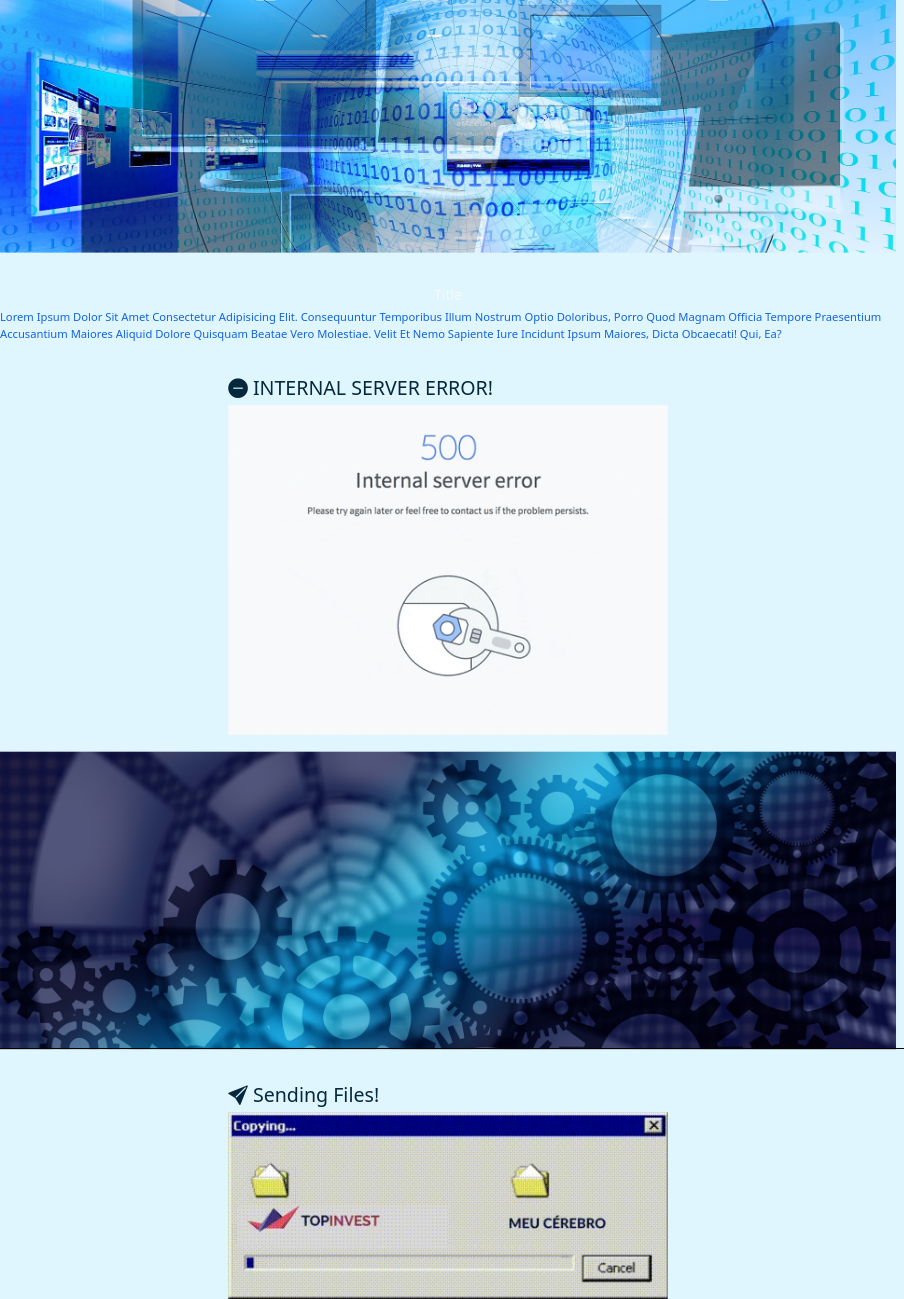
Repository: initer3737/initer3737.github.io
Page: index.html
An editor plug-in stored every save of this project. The page is shown before and after a run of saves, followed by the edit.
The browser window is 1280 px wide. The page is 1292 px wide, so the pictures cover 1292 px, including what lies to the right of the window. The pictures show the part of the page from y = 1407 to 3287 px (the page is 3263 px tall before and 3287 px after), at 70% of full size.
Some web libraries are served in a nearby version.

Above is the page before, as saved 2022-06-12 17:02:46.
Console error: TypeError: Cannot set properties of null (setting 'innerHTML')

### index.html
<!DOCTYPE html>
<html lang="en">
<head>
    <meta charset="UTF-8">
    <meta http-equiv="X-UA-Compatible" content="IE=edge">
    <meta name="viewport" content="width=device-width, initial-scale=1.0">
    <title>puthut wahyu aji</title>
    <link href="https://cdn.jsdelivr.net/npm/bootstrap@5.0.2/dist/css/bootstrap.min.css" rel="stylesheet" integrity="sha384-EVSTQN3/azprG1Anm3QDgpJLIm9Nao0Yz1ztcQTwFspd3yD65VohhpuuCOmLASjC" crossorigin="anonymous">
    <script src="https://kit.fontawesome.com/7bb1ae10af.js" crossorigin="anonymous"></script>
<!-- bootstrap icon -->
<link rel="stylesheet" href="https://cdn.jsdelivr.net/npm/bootstrap-icons@1.8.3/font/bootstrap-icons.css">

    <link rel="stylesheet" href="css/style.css">
</head>
<body class="bg-1">
    <header class=" bg-1">
         <img src="img/banner-982162_1920.jpg" alt="" class="img-fluid w-100" srcset="">
    </header>
    <div class="container bg-light shadow rounded  d-flex flex-column gap-4 justify-content-center align-content-center align-items-center p-2">
        <div class="row d-flex align-content-center align-items-center">
            <div class="col-12">
               <div class="bg-primary text-capitalize d-flex justify-content-start">
                <p id="fulldate" class="h4 text-light p-2"></p>
               </div>
            </div>
            <div class="col-10 col-md-5 col-lg-4">
               <div class="card shadow m-2 p-1 position-relative">
                <video src="img/Earth - 4788.mp4" loop muted autoplay class="w-100 rounded-pill py-5 px-2"></video>
                <div class="filter2"></div>
               </div>
            </div>
            <div class="col-10 col-md-9 col-lg-8">
               <h5 class="text-capitalize"><i class="bi bi-medium"></i> social media.</h5>
               <div class="d-flex flex-row align-content-center align-items-center gap-3">
                <div class="d-flex flex-column fs-4">
                    <a href="https://www.instagram.com/puthutwahyuaji/" target="_blank" class="text-capitalize"><i class="fa-brands fa-instagram"></i> instagram</a>
                    <!-- <a href="https://www.facebook.com/puthut.wahyuaji.94/" target="_blank" class="text-capitalize"><i class="fa-brands fa-facebook"></i> facebook</a>
                    <a href="https://twitter.com/puthut_wahkyu" target="_blank" class="text-capitalize"><i class="fa-brands fa-twitter"></i> twitter</a> -->
                    <!-- <a href="https://www.sololearn.com/profile/22926925" target="_blank" class="text-capitalize"><i class="fa-solid fa-globe"></i> sololearn</a> -->
                    <!-- <a href="https://www.duolingo.com/profile/PUTHUTWAHY" target="_blank" class="text-capitalize"><i class="fa-solid fa-globe"></i> duolingo</a> -->
                    <a href="https://github.com/initer3737" target="_blank" class="text-capitalize"><i class="fa-brands fa-github"></i> github</a>
                </div>
                <div class=""><a href="game.html" class="btn btn-outline-primary rounded-pill px-5 py-2"><i class="bi bi-controller"></i> Game</a></div>
            </div>
            </div>
        </div>
    </div>
    <!-- https://www.fiverr.com/share/lYqN8j -->
    <div class="container bg-light shadow mt-5 d-flex flex-column gap-1 justify-content-center align-content-center align-items-center p-2">
        <h5><i class="fa-solid fa-briefcase"></i> framework.</h5>
            <h3><i class="fa-brands fa-laravel text-danger"></i> laravel</h3>
            <h3><i class="fa-brands fa-bootstrap text-primary"></i> bootstrap 5</h3>
        </div>
    </div>

    <div class="container bg-light shadow mt-5 d-flex flex-column  justify-content-center align-content-center align-items-center p-2">
        <h5><i class="bi bi-code-slash"></i> language.</h5>
            <h3><i class="fa-brands fa-php php"></i> php</h3>
            <h3><i class="fa-brands fa-js-square javascript"></i> javascript</h3>
            <h3><i class="fa-solid fa-database mysql"></i> mysql</h3>
            <h3><i class="fa-brands fa-html5 html"></i> html 5</h3>
            <h3><i class="fa-brands fa-css3-alt css"></i> css</h3>
        </div>

        <!-- <div class="container bg-light shadow mt-5 d-flex flex-column  justify-content-center align-content-center align-items-center p-2">
            <h5 class="capitalize">Hire me on.</h5>
            <div class="d-flex flex-column fs-4">
                <a href="https://www.upwork.com/workwith/puthutwahyuaji" target="_blank"><i class="fa-solid fa-briefcase"></i> upwork.com</a>
                <a href="https://www.fiverr.com/share/lYqN8j" target="_blank"><i class="fa-solid fa-briefcase"></i> fiver.com</a>
            </div>
            </div> -->

    </div>

    <div class="container bg-light shadow mt-5 d-flex flex-column gap-1 justify-content-center align-content-center align-items-center p-2">
        <h5><i class="bi bi-info-circle"></i> information.</h5>
        <div class="fs-4 d-flex gap-3">
            <a href="https://initer3737.github.io/course/html/pages/course.html" target="_blank"><i class="fa-solid fa-globe"></i> website</a>
            <a href="https://www.youtube.com/channel/UClsfa0LkA3_YMsFjW1M__sw" target="_blank"><i class="fa-brands fa-youtube"></i> youtube</a>
        </div>
    </div>

    <footer class="mt-3 text-light">
       <div class="row">
        <div class="col-12">
            <img src="img/banner-909710_1920.jpg" class="img-fluid w-100" alt="">
           </div>
           <div class="col-12 mt-5 m-auto">
             <div class="text-center"><h5>title</h5></div>
             <div class="text-start color-3">
                Lorem ipsum dolor sit amet consectetur adipisicing elit. Consequuntur temporibus illum nostrum optio doloribus, porro quod magnam officia tempore praesentium accusantium maiores aliquid dolore quisquam beatae vero molestiae. Velit et nemo sapiente iure incidunt ipsum maiores, dicta obcaecati! Qui, ea?
             </div>
           </div>
           <div class="col-6 mt-5 m-auto">
            <div class="d-flex flex-row flex-wrap">
                <h3 class="color-4"><i class="bi bi-dash-circle-fill"></i> INTERNAL SERVER ERROR!</h3>
                <img src="img/giphy.gif" class="img-fluid w-100" alt="">
            </div>
           </div>
           <div class="col-12 mt-4">
            <img src="img/gears-1311171_1920.jpg" class="img-fluid w-100" alt="">
           </div>
           <div class="col-6 mt-5 m-auto">
            <div class="d-flex flex-row flex-wrap">
                <h3 class="color-4"><i class="bi bi-send-fill"></i> sending files!</h3>
                <img src="img/giphy (1).gif" class="img-fluid w-100" alt="">
            </div>
           </div>
       </div>
    </footer>
    <script src="https://cdn.jsdelivr.net/npm/bootstrap@5.0.2/dist/js/bootstrap.bundle.min.js" integrity="sha384-MrcW6ZMFYlzcLA8Nl+NtUVF0sA7MsXsP1UyJoMp4YLEuNSfAP+JcXn/tWtIaxVXM" crossorigin="anonymous"></script>
</body>
</html>

<script>
    function Years() {
        $date=new Date();
        let t=document.getElementById('year');
        t.innerHTML=`${$date.getFullYear()} - ${$date.getFullYear()+5}`;
    }
    function Jam(){
        let T=document.getElementById('jam');
        let time=new Date();let hour;let minuets;let second;let statusTime;
        hour=validateTime(time.getHours());minuets=validateTime(time.getMinutes());second=validateTime(time.getSeconds());statusTime=()=>{
            if(hour > 00 &&hour < 11 ){
                status="pagi";
            }else if(hour >11 && hour < 15){
                status="siang";
            }else if(hour > 15 && hour < 18 ){
                status="sore";
            }else{
                status="malam";
            }

            return status;
        };
        T.innerHTML=`${hour}:${minuets}:${second} : ${statusTime()}`;
        setTimeout('Jam()',1000);
    }
    function Tanggal(){
        let t=document.getElementById("fulldate");
        let time=new Date();
        let hari;let bulan;let tanggal;let tahun;let hariAngka=time.getDate();
        tahun=time.getFullYear();bulan=time.getMonth();hari=time.getDay();
        let data={
            hari:["minggu","senin","selasa","rabu","kamis","jum'at","sabtu"],
            bulan:["januari","february","maret","april","mei","juni","juli","agustus","september","oktober","november","desember"]
        };
         t.innerHTML=`${data.hari[hari]}  ${hariAngka}  ${data.bulan[bulan]}  ${tahun}`;
    }
    const validateTime=(T)=>T<10 ?'0'+T:T;

    const initialize=()=>{
                Tanggal();
                Years();
                Jam();
            }

            initialize();
</script>

### css/style.css
*{
    text-transform: capitalize;
   cursor: url(https://ani.cursors-4u.net/cursors/cur-13/cur1162.ani), url(https://ani.cursors-4u.net/cursors/cur-13/cur1162.png), auto !important;
}
body{
    cursor: url('img/cursor.jpeg'),auto;
    /* background-color: #ddd; */
}
a:hover{
    transition:ease-in-out 0.5s;
    color: blueviolet;
    text-decoration: none;
}
.css{
    color: dodgerblue;
    background-color:white ;
}
.html{
    color: orange;
    background-color: white;
}
.mysql{
    background-color:white ;
    color: blue;
}
.javascript{
    background-color:rgb(51, 51, 9) ;
    color: yellow;
}
.php{
    background-color:indigo ;
    color: white;
}
header{
    /* height: 90vh; */
    display: flex;
    align-items: center;
    align-content: center;
    justify-content: center;
}
.filter{
    background-color: dodgerblue;
    opacity: 0.6;
    height: 100%;
    top: 0;
    width: 100%;
    position: absolute;
}
.text-container{
    z-index: 999;
}
.card:hover{
    /* border-color: dodgerblue; */
    background-color: dodgerblue;
    transform: perspective(12px);
    cursor: pointer;
}
.gambar{
    background-image: #000;
}

/*color pallete*/
.color-1{
    color:#DFF6FF;
}
.bg-1{
    background-color:#DFF6FF;
}

.color-2{
    color:#47B5FF;
}
.bg-2{
    background-color:#47B5FF;
}

.color-3{
    color:#1363DF;
}
.bg-3{
    background-color:#1363DF;
}

.color-4{
    color:#06283D;
}
.bg-4{
    background-color:#06283D;
}

After the next 5 saves:
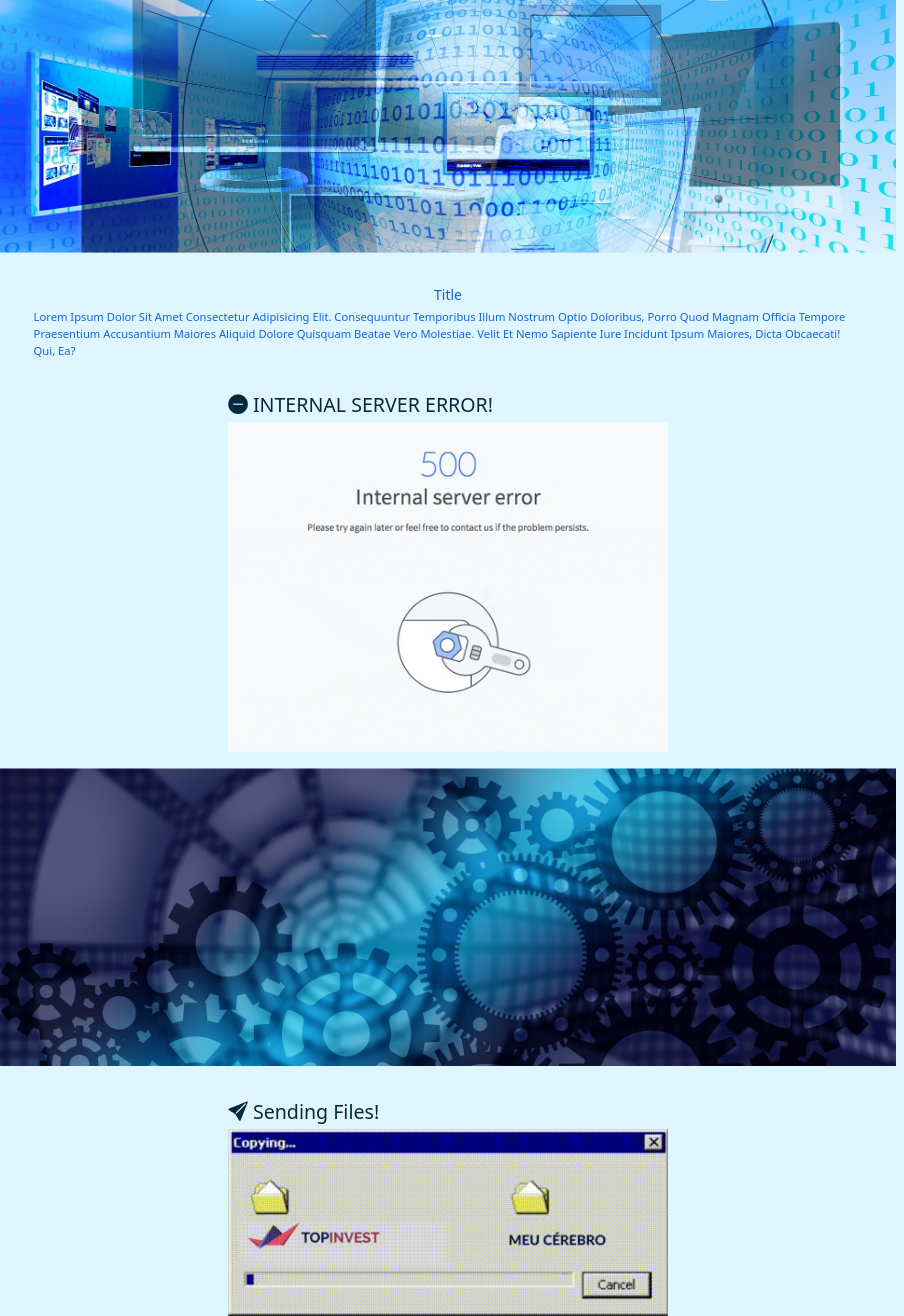
The 5 saves are shown as one change because they came seconds apart.
The last was saved 15 s later.
--- a/index.html
+++ b/index.html
@@ -86,8 +86,8 @@
             <img src="img/banner-909710_1920.jpg" class="img-fluid w-100" alt="">
            </div>
            <div class="col-12 mt-5 m-auto">
-             <div class="text-center"><h5>title</h5></div>
-             <div class="text-start color-3">
+             <div class="text-center color-3"><h5>title</h5></div>
+             <div class="text-start color-3 mx-5">
                 Lorem ipsum dolor sit amet consectetur adipisicing elit. Consequuntur temporibus illum nostrum optio doloribus, porro quod magnam officia tempore praesentium accusantium maiores aliquid dolore quisquam beatae vero molestiae. Velit et nemo sapiente iure incidunt ipsum maiores, dicta obcaecati! Qui, ea?
              </div>
            </div>
